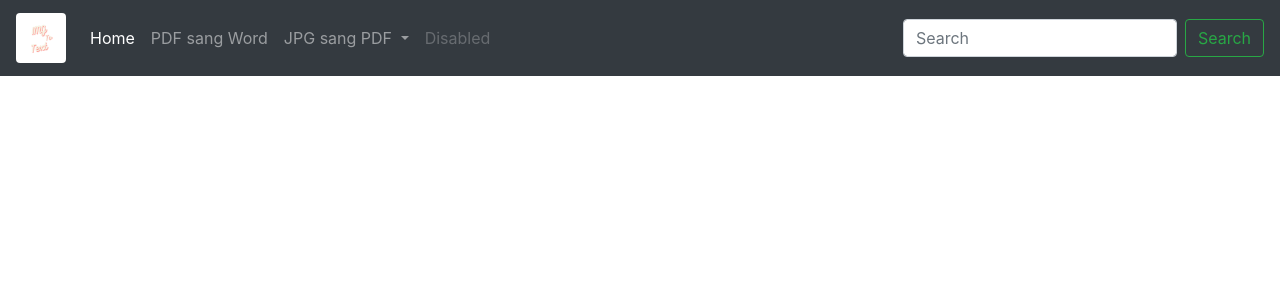
Repository: Tung1227/PBL6-2022
Page: index.html
The author's editor kept a copy of each file at every save. The page is drawn from the files as they stood at one save, then again after the next save.
The browser window is 1280 px wide. The pictures show the whole page.

Above is the page before, as saved 2022-09-15 21:16:07.

After the next save:
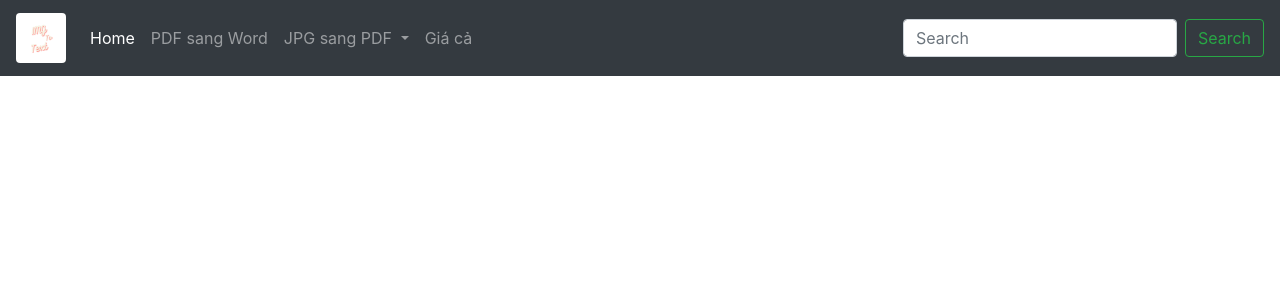
Saved 75 s later.
--- a/index.html
+++ b/index.html
@@ -43,7 +43,7 @@
                     </div>
                 </li>
                 <li class="nav-item">
-                    <a class="nav-link disabled" href="#">Disabled</a>
+                    <a class="nav-link" href="#">Giá cả</a>
                 </li>
             </ul>
             <form class="form-inline my-2 my-lg-0">
